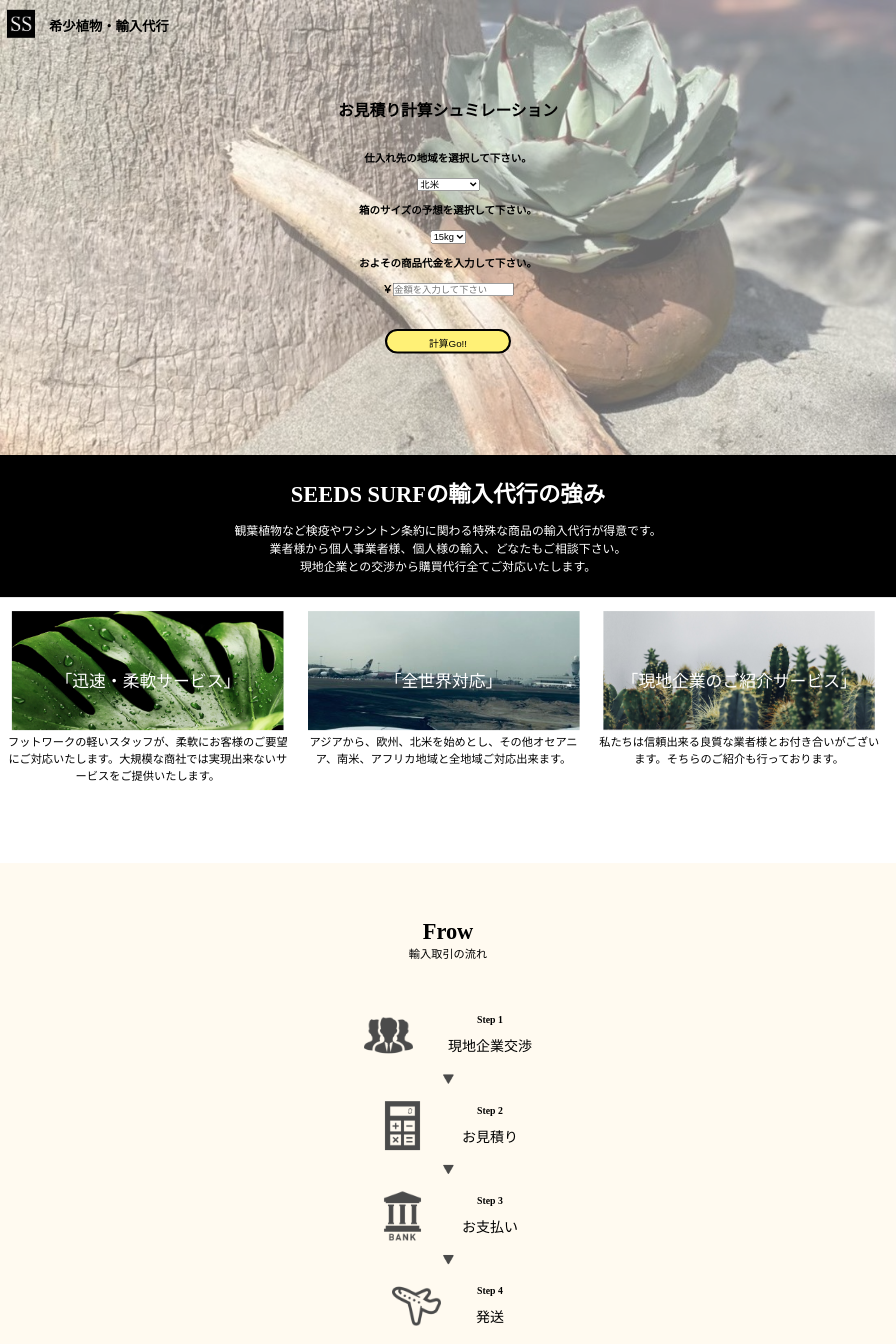
Repository: Seiya00002/seeds-surf-lp
Page: index.html
An editor plug-in stored every save of this project. The page is shown before and after a run of saves, followed by the edit.
The browser window is 1280 px wide. The pictures show the part of the page from y = 0 to 1920 px (the page is 4206 px tall before and 4216 px after), at 70% of full size.

Above is the page before, as saved 2023-07-18 07:05:08.

After the next 2 saves:
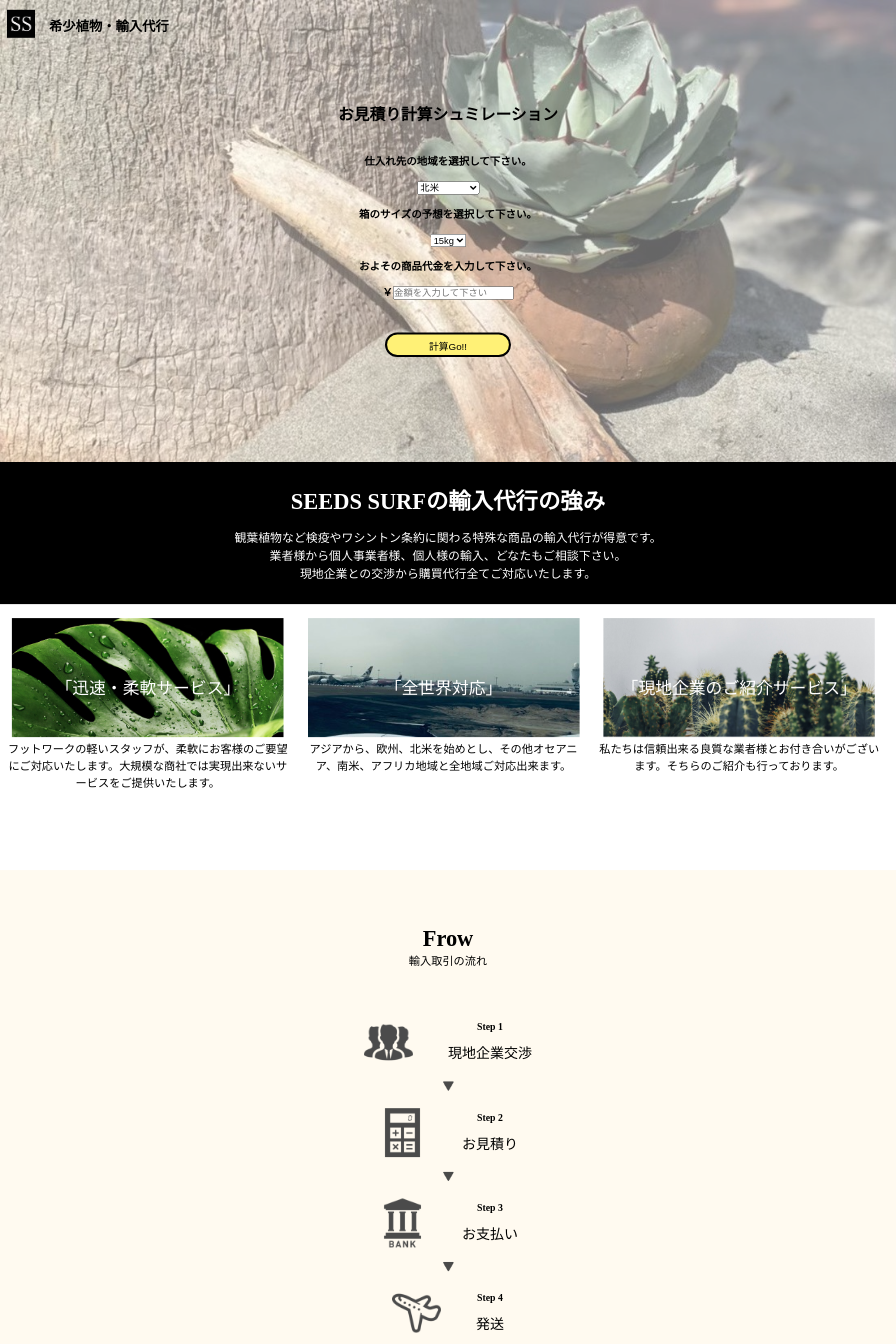
The 2 saves are shown as one change because they came seconds apart.
The last was saved 12 s later.
--- a/css/style.css
+++ b/css/style.css
@@ -72,7 +72,7 @@ header p {
 .hero_message {
     font-size: 15px;
     color: black;
-    height: 650px;
+    height: 660px;
     min-width:100%;
     font-weight: bold;
     display: flex;
